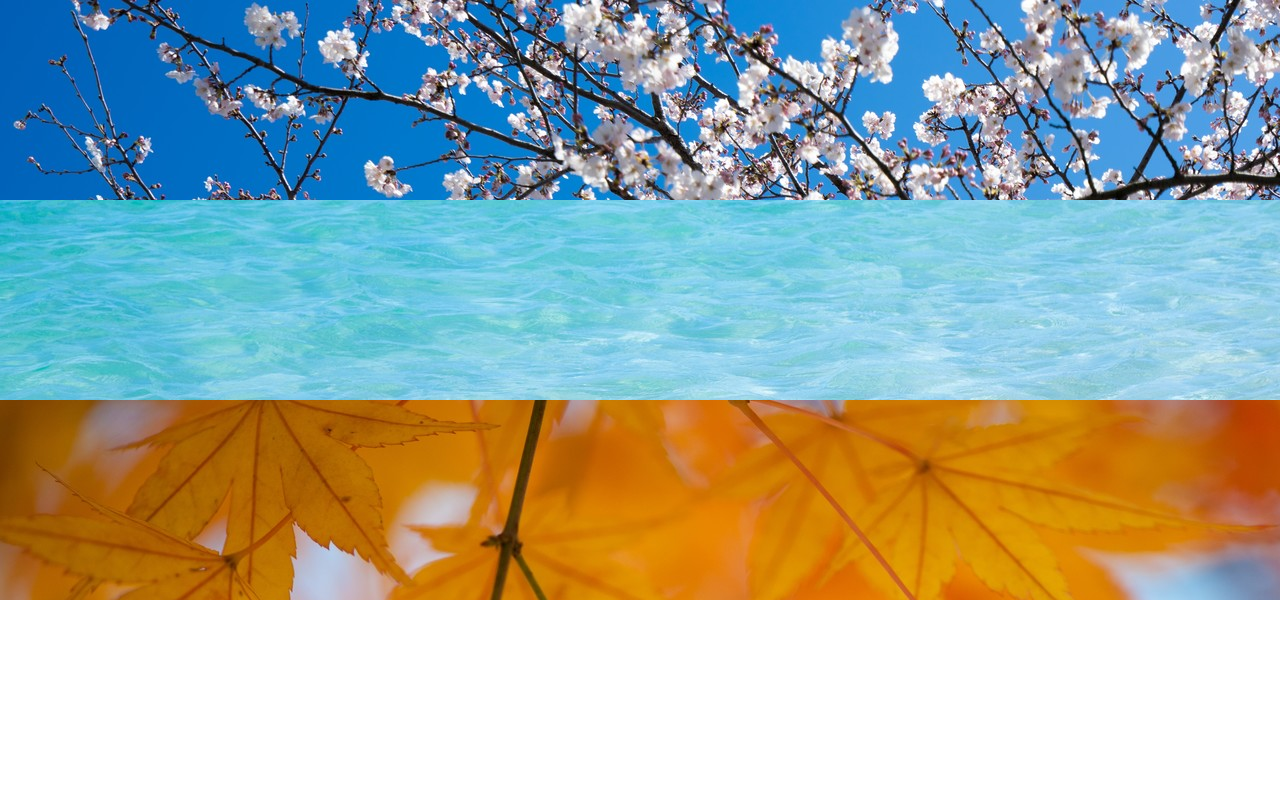
Repository: nonishi/1-6
Page: index.html
An editor plug-in stored every save of this project. The page is shown before and after a run of saves, followed by the edit.
The browser window is 1280 px wide. The pictures show the whole page.

Above is the page before, as saved 2021-06-02 16:14:03.

After the next 4 saves:
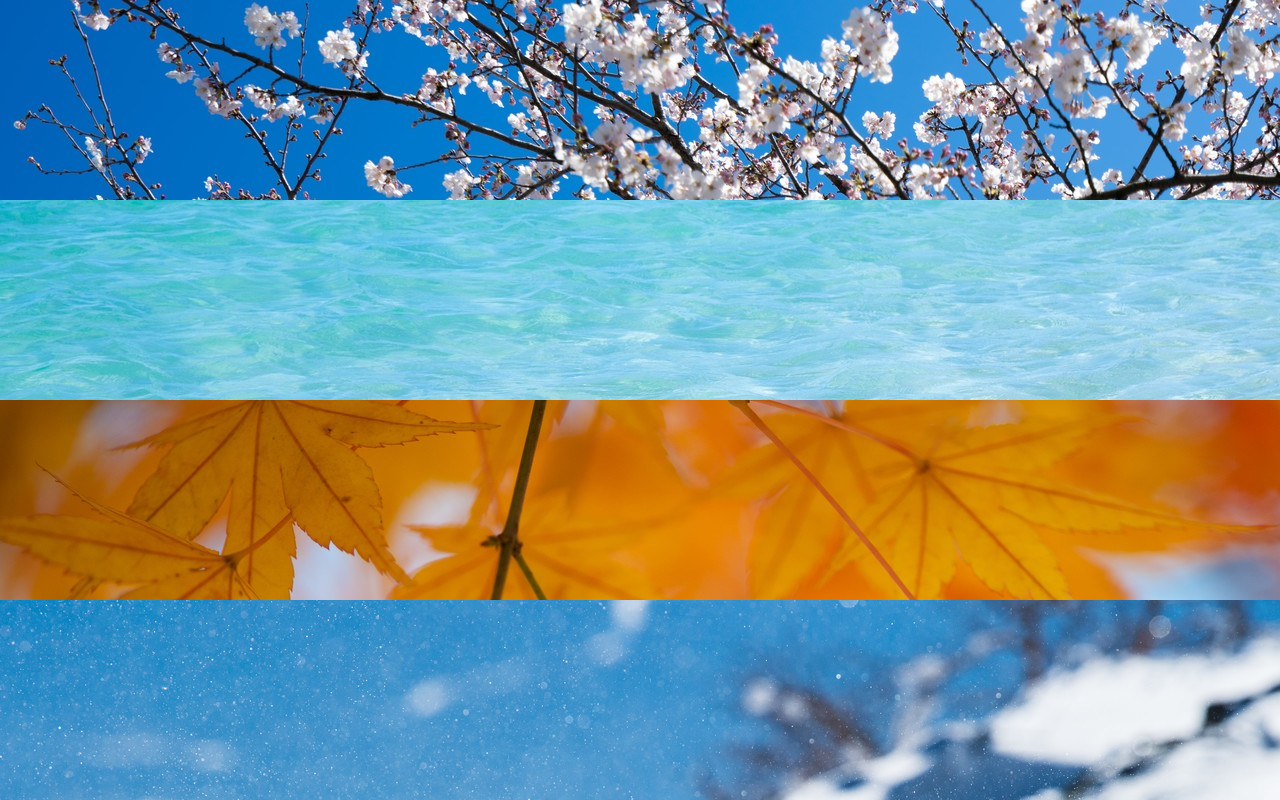
The 4 saves are shown as one change because they came seconds apart.
The last was saved 15 s later.
--- a/style.css
+++ b/style.css
@@ -21,4 +21,5 @@
 .winter{
   width: 100%;
   height: 200px;
+  background-image: url(box4.jpg);
 }
